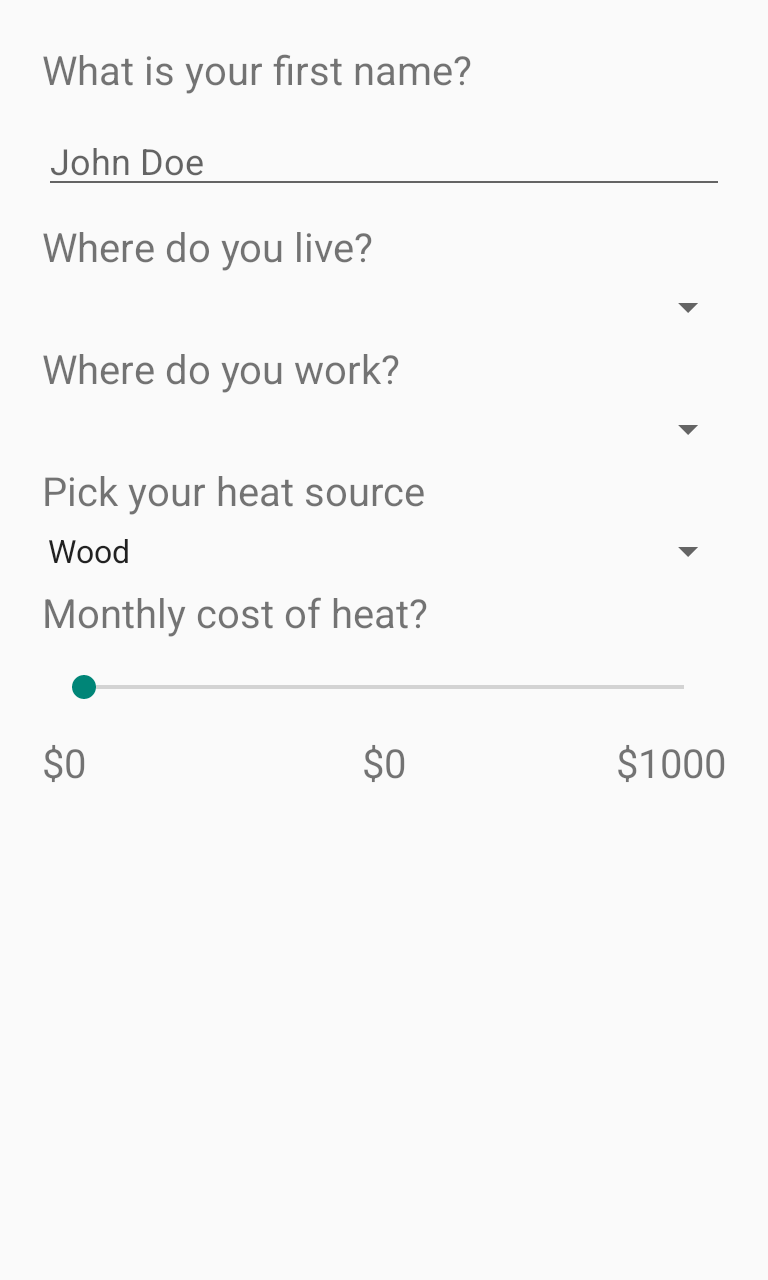
Repository: joshbarry/HackVT_2014
Layout: Android/HackVTKarma/res/layout/fragment_main.xml
The author's editor kept a copy of each file at every save. The layout is drawn from the files as they stood at one save, then again after the next save.
It is drawn on a 768 x 1280 px phone screen (xhdpi) without system bars, with theme AppTheme; the app's code is not run.

Above is the layout before, as saved 2014-10-11 02:19:22.

### Android/HackVTKarma/res/layout/fragment_main.xml
<RelativeLayout xmlns:android="http://schemas.android.com/apk/res/android"
    xmlns:tools="http://schemas.android.com/tools"
    android:id="@+id/parent"
    android:layout_width="match_parent"
    android:layout_height="match_parent"
    android:paddingBottom="@dimen/activity_vertical_margin"
    android:paddingLeft="@dimen/activity_horizontal_margin"
    android:paddingRight="@dimen/activity_horizontal_margin"
    android:paddingTop="@dimen/activity_vertical_margin"
    tools:context="com.example.hackvtkarma.MainActivity$PlaceholderFragment" >

    <TextView
        android:id="@+id/firstName"
        android:textSize="20sp"
        android:layout_margin="5dp"
        android:layout_width="wrap_content"
        android:layout_height="wrap_content"
        android:text="@string/first_name" />

    <EditText
        android:id="@+id/firstNameEditText"
        android:layout_margin="5dp"
        android:layout_below="@+id/firstName"
        android:layout_width="match_parent"
        android:layout_height="wrap_content"
        android:hint="@string/first_name_hint"/>

    <TextView
        android:id="@+id/town"
        android:layout_below="@+id/firstNameEditText"
        android:textSize="20sp"
        android:layout_margin="5dp"
        android:layout_width="wrap_content"
        android:layout_height="wrap_content"
        android:text="@string/address" />

	<Spinner
	    android:id="@+id/townSpinner"
	    android:layout_below="@+id/town"
	    android:layout_width="match_parent"
	    android:layout_height="wrap_content"
	    android:prompt="@string/town_prompt"/>

	<TextView
        android:id="@+id/townWork"
        android:layout_below="@+id/townSpinner"
        android:textSize="20sp"
        android:layout_margin="5dp"
        android:layout_width="wrap_content"
        android:layout_height="wrap_content"
        android:text="@string/address_work" />

	<Spinner
	    android:id="@+id/townWorkSpinner"
	    android:layout_below="@+id/townWork"
	    android:layout_width="match_parent"
	    android:layout_height="wrap_content"
	    android:prompt="@string/town_work_prompt"/>

   	<TextView
        android:id="@+id/heatSource"
        android:textSize="20sp"
        android:layout_margin="5dp"
        android:layout_below="@+id/townWorkSpinner"
        android:layout_width="wrap_content"
        android:layout_height="wrap_content"
        android:text="@string/heat_source" />

   	<Spinner
	    android:id="@+id/heatSourcePicker"
	    android:layout_below="@+id/heatSource"
	    android:layout_width="match_parent"
	    android:layout_height="wrap_content"
	    android:entries="@array/heat_array"
	    android:prompt="@string/heat_source_prompt"/>

   	<TextView
        android:id="@+id/heatCost"
        android:textSize="20sp"
        android:layout_margin="5dp"
        android:layout_below="@+id/heatSourcePicker"
        android:layout_width="wrap_content"
        android:layout_height="wrap_content"
        android:text="@string/heat_cost" />

    <SeekBar
        android:id="@+id/heatSeekbar"
        android:layout_margin="10dp"
        android:layout_below="@+id/heatCost"
        android:layout_width="fill_parent"
        android:layout_height="wrap_content"
        android:max="1000"
        android:progress="0"
        android:secondaryProgress="0" />

    <TextView
        android:id="@+id/heatAnchorLeft"
        android:textSize="20sp"
        android:layout_margin="5dp"
        android:layout_below="@+id/heatSeekbar"
        android:layout_alignParentLeft="true"
        android:layout_width="wrap_content"
        android:layout_height="wrap_content"
        android:text="@string/heat_anchor_left" />

    <TextView
        android:id="@+id/heatAnchorRight"
        android:textSize="20sp"
        android:layout_margin="5dp"
        android:layout_below="@+id/heatSeekbar"
        android:layout_alignParentRight="true"
        android:layout_width="wrap_content"
        android:layout_height="wrap_content"
        android:text="@string/heat_anchor_right" />

    <TextView
        android:id="@+id/heatCostNotification"
        android:textSize="20sp"
        android:layout_margin="5dp"
        android:layout_below="@+id/heatSeekbar"
        android:layout_centerHorizontal="true"
        android:layout_width="wrap_content"
        android:layout_height="wrap_content"
        android:text="@string/heat_anchor_left" />

</RelativeLayout>

### Android/HackVTKarma/res/values/strings.xml
<?xml version="1.0" encoding="utf-8"?>
<resources>

    <string name="app_name">HackVTKarma</string>
    <string name="hello_world">Hello world!</string>
    <string name="action_settings">Settings</string>
    <string name="seekbar_text">Heres the seekbar text</string>
    <string name="first_name">What is your first name?</string>
    <string name="first_name_hint">John Doe</string>
    <string name="address">Where do you live?</string>
    <string name="town_prompt">Pick your town</string>
    <string name="address_work">Where do you work?</string>
    <string name="town_work_prompt">Pick your town</string>
    <string name="heat_source">Pick your heat source</string>
    <string name="heat_source_prompt">Pick heat source</string>
    <string name="heat_cost">Monthly cost of heat?</string>
    <string name="heat_anchor_left">$0</string>
    <string name="heat_anchor_right">$1000</string>
    <string name="button_next">Next</string>

    <string-array name="heat_array">
        <item>Wood</item>
        <item>Pellet Stove</item>
        <item>Natural Gas</item>
        <item>Oil</item>
        <item>Propane</item>
        <item>Kerosene</item>
        <item>Geothermal</item>
        <item>Heat Pump</item>
        <item>Baseboard</item>
    </string-array>

    <string name="title_activity_graph">GraphActivity</string>

</resources>

Loaded but not shown: Android/HackVTKarma/res/values/styles.xml (common file); Android/HackVTKarma/res/values-v11/styles.xml (common file); Android/HackVTKarma/res/values-v14/styles.xml (common file); Android/HackVTKarma/res/values/dimens.xml (common file); Android/HackVTKarma/res/values-w820dp/dimens.xml (common file)

After the next save:
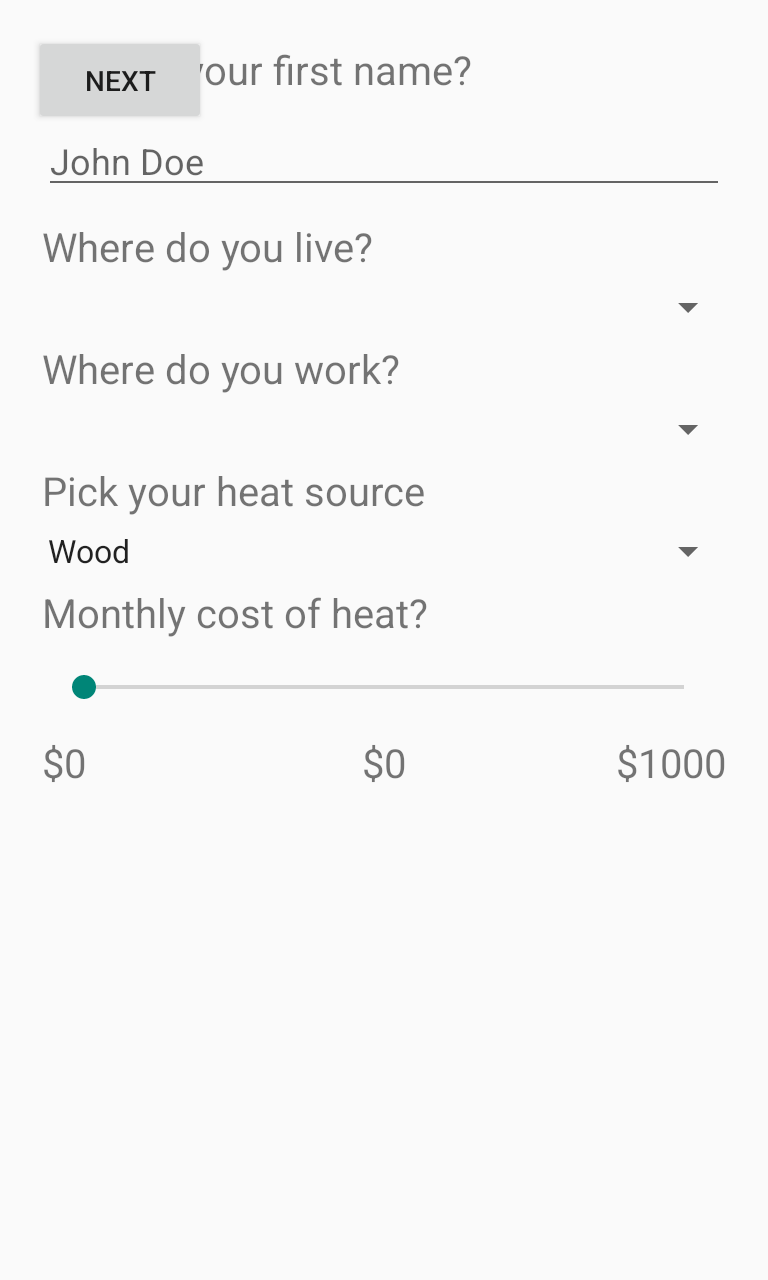
Saved 58 s later.
--- a/Android/HackVTKarma/res/layout/fragment_main.xml
+++ b/Android/HackVTKarma/res/layout/fragment_main.xml
@@ -74,6 +74,13 @@
 	    android:entries="@array/heat_array"
 	    android:prompt="@string/heat_source_prompt"/>
 
+   	<Button
+   	    android:layout_width="wrap_content"
+   	    android:layout_height="wrap_content"
+   	    android:aligncenter_horizontal="true"
+   	    android:text="@string/button_next"
+   	    android:onClick="sendMessage"/>
+
    	<TextView
         android:id="@+id/heatCost"
         android:textSize="20sp"
